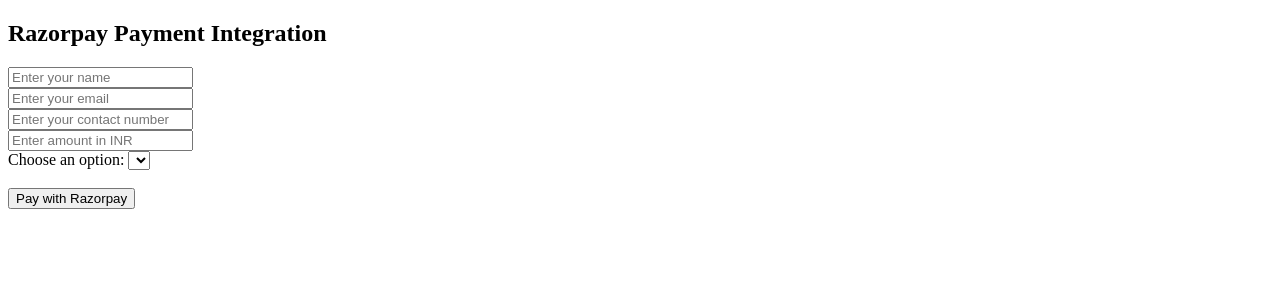
Repository: SharonSebastian32/razorpaypaymentgateway_implementation
Page: bookEventpage.html
The author's editor kept a copy of each file at every save. The page is drawn from the files as they stood at one save, then again after a run of saves.
The browser window is 1280 px wide. The pictures show the whole page.

Above is the page before, as saved 2024-08-09 07:28:47.

### bookEventpage.html
<!DOCTYPE html>
<html lang="en">
  <head>
    <meta charset="UTF-8" />
    <meta name="viewport" content="width=device-width, initial-scale=1.0" />
    <title>Razorpay Payment Integration</title>
  </head>
  <body>
    <div>
      <h2>Razorpay Payment Integration</h2>
      <form id="paymentForm">
        <div class="form-row">
          <div class="form-group">
            <input
              type="text"
              id="name"
              placeholder="Enter your name"
              required
            />
          </div>
          <div class="form-group">
            <input
              type="email"
              id="email"
              placeholder="Enter your email"
              required
            />
          </div>
        </div>
        <div class="form-row">
          <div class="form-group">
            <input
              type="text"
              id="contact"
              placeholder="Enter your contact number"
              required
            />
          </div>
          <div class="form-group">
            <input
              type="text"
              id="amount"
              placeholder="Enter amount in INR"
              required
            />
          </div>
        </div>
        <label for="choices">Choose an option:</label>
        <select id="choice" name="choice">
          <!-- Options will be dynamically generated here -->
        </select>

        <br />
        <br />

        <button id="rzp-button1" type="submit">Pay with Razorpay</button>
      </form>
    </div>

    <!--------------------------paymentGatewayScripts--------------->
    <script src="./Script/paymentGateway.js"></script>

    <!--------------------------razorpayScript ---------------------->
    <script src="https://checkout.razorpay.com/v1/checkout.js"></script>
  </body>
</html>

### Script/paymentGateway.js
document.getElementById("paymentForm").addEventListener("submit", function (e) {
  e.preventDefault();
  var name = document.getElementById("name").value;
  var email = document.getElementById("email").value;
  var contact = document.getElementById("contact").value;
  var amount = document.getElementById("amount").value * 100;
  // Convert amount to paise

  var options = {
    key: "rzp_test_gCzBTQcb92KH3e", // Enter the Key ID generated from the Dashboard
    amount: amount.toString(), // Amount in currency subunits (100 paise = 1 INR)
    currency: "INR",
    name: "Ozwalz Events",
    description: "Thank You for booking event with Ozwalz Events",
    image: "./assets/images/logo.png",

    handler: function (response) {
      // Handle the response from Razorpay after payment
      // You can redirect to another page or save the response to your database
    },
    prefill: {
      name: name,
      email: email,
      contact: contact,
    },
    notes: {
      description: "Thank You for booking event with Ozwalz Events",
    },
    theme: {
      color: "#red",
    },
  };

  var rzp1 = new Razorpay(options);
  rzp1.open();
});

// API FOR FETCHING EVENTNAME

let eventData;

fetch("./JSON/event.json")
  .then((response) => response.json())
  .then((data) => {
    eventData = data;

    // Populate the select element with event names
    const selectElement = document.getElementById("choices");
    data.forEach((event) => {
      const option = document.createElement("option");
      option.value = event.id;
      option.text = event.eventName;
      selectElement.add(option);
    });

    // Add event listener to the select element
    selectElement.addEventListener("change", updatePriceInput);
  })
  .catch((error) => console.error("Error:", error));

function updatePriceInput() {
  const selectedEventId = document.getElementById("choices").value;
  const selectedEvent = eventData.find((event) => event.id === selectedEventId);

  if (selectedEvent) {
    document.getElementById("amount").value = selectedEvent.price.basePrice;
  } else {
    document.getElementById("amount").value = "";
  }
}

Loaded but not shown: JSON/event.json (899 lines, source omitted)

After the next 2 saves:
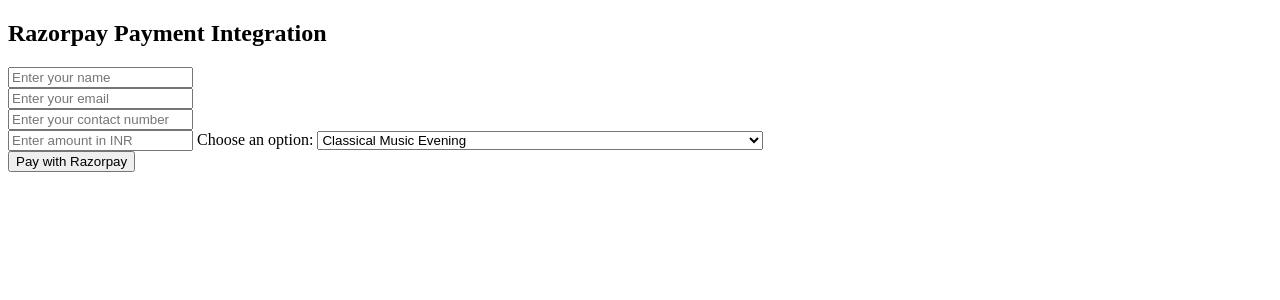
The 2 saves are shown as one change because they came seconds apart.
The last was saved 38 s later.
--- a/bookEventpage.html
+++ b/bookEventpage.html
@@ -6,60 +6,34 @@
     <title>Razorpay Payment Integration</title>
   </head>
   <body>
-    <div>
-      <h2>Razorpay Payment Integration</h2>
-      <form id="paymentForm">
-        <div class="form-row">
-          <div class="form-group">
-            <input
-              type="text"
-              id="name"
-              placeholder="Enter your name"
-              required
-            />
-          </div>
-          <div class="form-group">
-            <input
-              type="email"
-              id="email"
-              placeholder="Enter your email"
-              required
-            />
-          </div>
-        </div>
-        <div class="form-row">
-          <div class="form-group">
-            <input
-              type="text"
-              id="contact"
-              placeholder="Enter your contact number"
-              required
-            />
-          </div>
-          <div class="form-group">
-            <input
-              type="text"
-              id="amount"
-              placeholder="Enter amount in INR"
-              required
-            />
-          </div>
-        </div>
-        <label for="choices">Choose an option:</label>
-        <select id="choice" name="choice">
-          <!-- Options will be dynamically generated here -->
-        </select>
-
-        <br />
-        <br />
-
-        <button id="rzp-button1" type="submit">Pay with Razorpay</button>
-      </form>
-    </div>
-
+    <h2>Razorpay Payment Integration</h2>
+    <form id="paymentForm">
+      <input type="text" id="name" placeholder="Enter your name" required />
+      <br />
+      <input type="email" id="email" placeholder="Enter your email" required />
+      <br />
+      <input
+        type="text"
+        id="contact"
+        placeholder="Enter your contact number"
+        required
+      />
+      <br />
+      <input
+        type="text"
+        id="amount"
+        placeholder="Enter amount in INR"
+        required
+      />
+      <label for="choices">Choose an option:</label>
+      <select id="choices" name="choices">
+        <!-- Options will be dynamically generated here -->
+      </select>
+      <br />
+      <button id="rzp-button1" type="submit">Pay with Razorpay</button>
+    </form>
     <!--------------------------paymentGatewayScripts--------------->
     <script src="./Script/paymentGateway.js"></script>
-
     <!--------------------------razorpayScript ---------------------->
     <script src="https://checkout.razorpay.com/v1/checkout.js"></script>
   </body>
